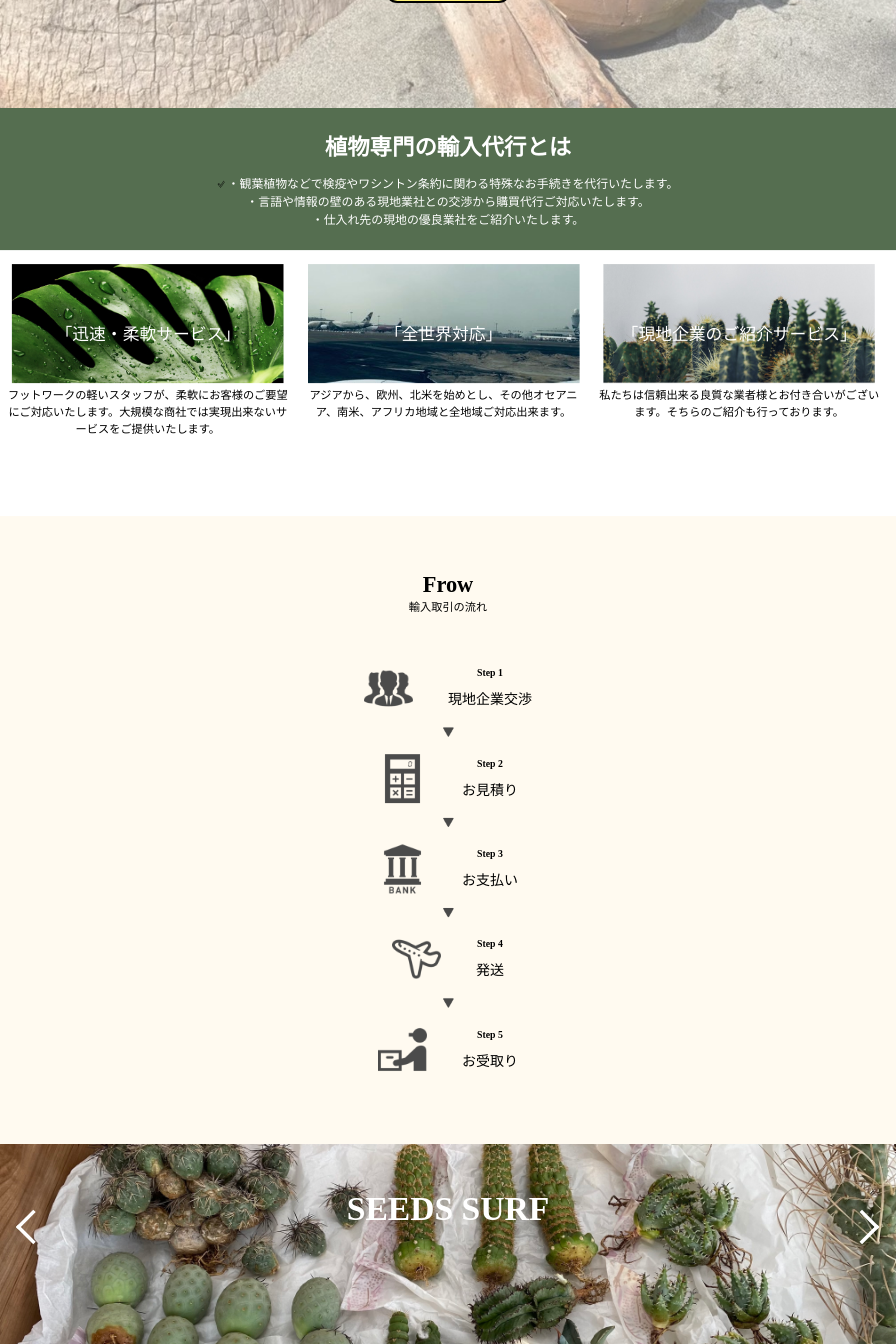
Repository: Seiya00002/seeds-surf-lp
Page: index.html
These files come from the project's save history. The page is drawn as it stood at one moment and after the next save; the edit follows.
The browser window is 1280 px wide. The pictures show the part of the page from y = 506 to 2426 px (the page is 4063 px tall before and 4065 px after), at 70% of full size.

Above is the page before, as saved 2023-07-18 08:02:17.

### index.html
<!DOCTYPE html>
<html lang="ja">
<head>
    <meta charset="UTF-8">
    <meta http-equiv="X-UA-Compatible" content="IE=edge">
    <meta name="viewport" content="width=device-width, initial-scale=1.0">
    <title>輸入代行SEEDS SURF</title>
    <link rel="stylesheet" href="css/style.css">
</head>
<body>
    <header>
        <div class="header_left">
            <img src="img/sslogo.jpg"
                alt="logo"
                width="40"
                height="40"
                class="logo">
            <h1>希少植物・輸入代行</h1>

        </div>
        <!-- <div class="header_right">
            <img src="img/tel_logo.png"
                alt="tel_logo"
                width="35"
                height="35"
                class="tel_logo">
            <div class="header_contact">
                <h2>090-3048-2693</h2>
                <p>（平日9:00 ~ 18:00）</p>
            </div>
        </div> -->
    </header>

    <main>
        <div class="top_wrapper">
            <div class="container">
                <div class="hero_message">
                    <div class="calculation-app">
                        <h2>お見積り計算シュミレーション</h2>

                            <p>仕入れ先の地域を選択して下さい。</p>
                            <form name="form1">
                                <select name="place">
                                    <option value="1.2">北米</option>
                                    <option value="1.2">ヨーロッパ</option>
                                    <option value="1">アジア</option>
                                </select>
                            </form>

                            <p>箱のサイズの予想を選択して下さい。</p>
                            <form name="form2">
                                <select name="box">
                                    <option value="18350">15kg</option>
                                    <option value="13350">10kg</option>
                                    <option value="8150">5kg</option>
                                </select>
                            </form>
                            <p>およその商品代金を入力して下さい。</p>
                            <label>￥</label><input
                            type="text"
                            id="price"
                            value=""
                            placeholder="金額を入力して下さい"
                            maxlength="7"
                            size="19"
                            ></label>

                            <br>
                            <br>
                            <div class="btn-box">
                                <button id="button">計算Go!!</button>
                            </div>
                    </div>
                </div>
            </div>
        </div>


        <!-- 見積り表 -->
    <div id="estimate_table" class="estimate_wrapper">
        <div class="container">
            <h3>予想お見積り表</h3>
            <table align="center" class="estimate">
                <tr>
                    <th>商品代金</th>
                    <td>¥<span id="span2"></span></td>
                </tr>
                <tr>
                    <th>検疫手数料</th>
                    <td>¥<span id="span3"></span></td>
                </tr>
                <tr>
                    <th>送料</th>
                    <td>¥<span id="span4"></span></td>
                </tr>
                <tr>
                    <th>弊社代行手数料</th>
                    <td>¥<span id="span5"></span></td>
                </tr>
                <tr>
                    <th>海外送金手数料</th>
                    <td>¥<span id="span6"></span></td>
                </tr>
                <tr>
                    <th>税金</th>
                    <td>¥<span id="span7"></span></td>
                </tr>
                <tr>
                  <th class="total">合計</th>
                  <th class="total">¥<span id="span1"></span></th>
              </tr>
            </table>
            <h4>詳しくは下記の「Cost」欄をご覧下さい。</h4>
        </div>
    </div>






        <div class="top_message">
            <div class="container">
                <div class="message">
                    <h1>植物専門の輸入代行とは</h1>
                    <p><img class="check" src="./img/check_icon.png"> ・観葉植物などで検疫やワシントン条約に関わる特殊なお手続きを代行いたします。<br>・言語や情報の壁のある現地業社との交渉から購買代行ご対応いたします。<br>・仕入れ先の現地の優良業社をご紹介いたします。</p>

                </div>
            </div>
        </div>
        <div class="project_wrapper">
            <div class="container">
                <div class="projects">
                    <div class="project">
                        <div class="project_icon">
                            <img src="img/project_imag1.jpg">
                            <h2>「迅速・柔軟サービス」</h2>
                        </div>
                        <p class="text_contents">フットワークの軽いスタッフが、柔軟にお客様のご要望にご対応いたします。大規模な商社では実現出来ないサービスをご提供いたします。</p>

                    </div>
                    <div class="project">
                        <div class="project_icon">
                            <img src="img/pro_airport.jpg">
                            <h2>「全世界対応」</h2>
                        </div>
                        <p class="text_contents">アジアから、欧州、北米を始めとし、その他オセアニア、南米、アフリカ地域と全地域ご対応出来ます。</p>

                    </div>
                    <div class="project">
                        <div class="project_icon">
                            <img src="img/project_img3.jpg">
                            <h2>「現地企業のご紹介サービス」</h2>
                        </div>
                        <p class="text_contents">私たちは信頼出来る良質な業者様とお付き合いがございます。そちらのご紹介も行っております。</p>
                    </div>
                        <div class="clear"></div>

                </div>
            </div>
        </div>
        <div class="service_wrapper">
            <div class="container">
                <div class="service_heading">
                    <h1>Frow</h1>
                    <p>輸入取引の流れ</p>
                </div>
                <div class="step">
                    <img src="img/person_img.png"
                    class="step_icon">
                    <div class="step_cont">
                        <h2>Step 1</h2>
                        <p>現地企業交渉</p>
                    </div>
                </div>
                <img src="img/down_img.png" class="step_icon2">

                <div class="step">
                    <img src="img/cal_img.png"
                    class="step_icon">
                    <div class="step_cont">
                        <h2>Step 2</h2>
                        <p>お見積り</p>
                    </div>
                </div>
                <img src="img/down_img.png" class="step_icon2">

                <div class="step">
                    <img src="img/bank_img.png"
                    class="step_icon">
                    <div class="step_cont">
                        <h2>Step 3</h2>
                        <p>お支払い</p>
                    </div>
                </div>
                <img src="img/down_img.png" class="step_icon2">
                <div class="step">
                    <img src="img/airp_imag.png"
                    class="step_icon">
                    <div class="step_cont">
                        <h2>Step 4</h2>
                        <p>発送</p>
                    </div>
                </div>
                <img src="img/down_img.png" class="step_icon2">
                <div class="step">
                    <img src="img/drivery_img.png"
                    class="step_icon">
                    <div class="step_cont">
                        <h2>Step 5</h2>
                        <p>お受取り</p>
                    </div>
                </div>
            </div>
        </div>

        <div class="slide_wrapper">
            <div id="slide" class="slideshow">
                <p class="disc">SEEDS SURF</p>
                <a class="arrow next" id="right" href="#"></a>
                <a class="arrow back" id="left" href="#"></a>
            </div>




        </div>
        <div class="cost_wrapper">
            <div class="container">
                <div class="cost_heading">
                    <h1>Cost</h1>
                    <p>料金について</p>
                </div>
                <div class="cost_cont">
                    <div class="list01">
                        <p>商品代金</p>
                    </div>
                    <div class="list01">
                        <p>検疫手数料</p>
                    </div>
                    <div class="list01">
                        <p>輸送費用</p>
                    </div>
                    <div class="list02">
                        <p>税金</p>
                    </div>
                    <div class="list02">
                        <p>振込手数料</p>
                    </div>
                    <div class="list02">
                        <p>輸入代行手数料</p>
                    </div>
                    <!-- <div class="clear"></div> -->
                </div>
                <div class="cost_message">
                    <h1>総額を確認してから、ご依頼をお決めいただけます。</h1>
                    <p>SEEDS SURFでの過去の取引よりお見積り例をご案内できますので、まずはお気軽にご相談下さい。</p>
                </div>
            </div>
        </div>
        <div class="contact_wrapper">
            <div class="container">
                <h1>ご不明な点はありますか？</h1>
                <p>些細なことでも構いません。まずはお問い合わせください。</p>
                <a href="https://seeds-surf.com/%e3%81%8a%e5%95%8f%e3%81%84%e5%90%88%e3%82%8f%e3%81%9b/" class="btn contact">お問い合わせはこちら</a>
                <!-- <h2>TEL : 090-3048-2693</h2> -->
                <!-- <p>メールフォームよりお問い合わせ下さい。<br>営業時間：平日10：00〜19：00</p> -->
            </div>
        </div>
        <div class="company_wrapper">
            <div class="container">
                <h1>Company</h1>
                <p>会社概要</p>
                <table align="center" class="company">
                    <tr>
                        <th>会社名</th>
                        <td>SEEDS SURF（シーズサーフ）</td>
                    </tr>
                    <tr>
                        <th>所在地</th>
                        <td>〒156-0055 東京都世田谷区船橋2-5-7-211</td>
                    </tr>
                    <tr>
                        <th>電話番号</th>
                        <td>090-3048-2693</td>
                    </tr>
                    <tr>
                        <th>代表者</th>
                        <td>松本　聖矢</td>
                    </tr>
                    <tr>
                        <th>設立</th>
                        <td>2019年3月</td>
                    </tr>
                </table>
            </div>
        </div>


    </main>

    <footer>
        <div class="container">
                <img src="img/sslogo.jpg"
                    alt="logo"
                    width="40"
                    height="40"
                    class="logo">
                <h1>SEEDS SURF</h1>
                <p>〒156-0055 東京都世田谷区船橋2-5-7-211</p>
                <hr color="gray">
                <small>(c) SEEDS SURF All right reserved</small>
        </div>
    </footer>

    <script src="./app.js"></script>
</body>
</html>

### css/style.css
/* all */
*{
    box-sizing: border-box;
    margin: 0;
    padding: 0;
}

h1 {
    font-family: 'Times New Roman', Times, serif;

}

h2 ,h3 ,p {
    font-family: 'Hiragino Sans';

}
/* header */

header {
    height: 70px;
    display: flex;
    align-items: center;
    position: absolute;
}

.header_left {
    display: flex;
}

.header_right {
    display: flex;
    margin: 0 0 0 auto;
}

.logo {
    margin: 10px 10px;
}

.tel_logo {
    margin: 20px 10px;
}

header h1 {
    font-size: 19px;
    padding: 18px 10px;
}

header h2 {
    font-size: 21px;
    padding: 15px 10px 0 0;
}

header p {
    padding-bottom: 10px;
}
.container {
    text-align: center;
    width: 100%;
}

/* main */

/* top */
.top_wrapper {
    background-image: url(../img/cream-spike.jpg);
    color: white;
    background-size: cover;
    width: 100%;
    height: auto;
}

.hero_message {
    font-size: 15px;
    color: black;
    height: 660px;
    min-width:100%;
    font-weight: bold;
    display: flex;
    justify-content: center;
    align-items: center;
    line-height: 2.5em;
    background: rgb(255, 255, 255,0.4);
}
.hero_message h2 {
    padding-bottom: 30px;
}

.top_message {
    background-color: rgb(85, 110, 80);
    color: white;
    padding: 30px 0;
}

.top_message p {
    padding-top: 20px;
    font-size: 17px;
    line-height: 1.6rem;
}

.check {
    width: 10px;
    height: 10px;
}

/* project_wrapper */
.project_wrapper {
    margin-bottom: 80px;
}

.project {
    float: left;
    width: 33%;
    padding: 20px 10px 20px 10px;
    height: 300px;

}

.project_icon {
    position: relative;

}

.project_icon h2 {
    position: absolute;
    top: 80px;
    width: 100%;
    color: white;
    font-weight: normal;

}


@media (max-width: 1000px) {
    .project {
        width: 50%;
    }
}

@media (max-width: 670px) {
    .project {
        width: 100%;
    }
}

.clear {
    clear: left;
}

/* service_wrapper */
.service_wrapper {
    background-color: #fffaf0;
    padding: 80px 0;
}

.service_heading {
padding-bottom: 50px;
}

.step {
    display: flex;
    justify-content: center;
    align-items: center;
    padding: 20px 0;

}

.step_cont {
    padding-left: 50px;
}

.step_icon {
    width: 70px;
    height: 70px;

}

.step_icon2 {
    width: 15px;
    height: 15px;

}

.step h2 {
    font-size: 14px;
}

.step p {
    font-size: 20px;
    padding-top: 13px;
}

/* cost_wrapper */
.cost_wrapper {
    padding: 80px 0;
}

.cost_cont {
    padding-top: 50px;
    width: 650px;
    margin: 0 auto;
    flex-wrap: wrap;
    display: flex;

}


.list01 {
    background-color: black;
    width: 180px;
    height: 50px;
    color: white;
    margin: 20px 15px;
    justify-content: center;
    padding-top: 12px;

}

.list02 {
    background-color: black;
    width: 180px;
    height: 50px;
    color: white;
    margin: 20px 15px;
    justify-content: center;
    padding-top: 12px;


}

@media (max-width: 670px) {
    .cost_cont h2 {
        width: 50%;
    }
}

/* contact_wrapper */
.contact_wrapper {
    background-image: url(../img/sky&office_img.jpeg);
    padding: 80px 0;
    background-size: cover;
    text-shadow: 6px 6px 10px white, -6px -6px 10px white;
    font-weight: 530;
}


.contact_wrapper p {
    padding:8px 0 35px 0;
}

.btn {
    width: 180px;
    height: 35px;
    padding: 13px;
    font-size: 14px;
    color: black;
    background-color:#fff176;
    border: black solid;
    border-radius: 24px;
    user-select: none;
    cursor: pointer;
    text-decoration: none;
}

.btn:hover {
    opacity: .7;
}

.contact_wrapper h2 {
    padding-top: 35px;
}

/* company_wrapper */
.company_wrapper {
    padding: 80px 0;
    background-color: #fffaf0;

}

.company_wrapper p {
    padding-bottom: 20px;
}

table.company {
    border-collapse: collapse;
    width: 600px;
    background-color: white;
    margin: auto;
}

th, td {
    border: solid 1px #333;
    padding: 20px;
}

.company th,td {
    text-align: left;
}


/* footer */

footer {
    background-color: rgb(85, 110, 80);
    color: black;
    padding-bottom: 10px;

}

footer h1 {
    font-size: 17px;
}

footer p {
    font-size: 12px;
    padding-bottom: 10px;
}
small {
    font-size: 7px;

}


/* slideshow 追加 */
.slide_wrapper{
    max-width: 100%;
    height: 400px;
    margin: auto;

}
/*画像配置*/
.slideshow{
    max-width: 100%;
    height: 100%;
    background-image: url(../img/import-img1.jpg);
    background-repeat: no-repeat;
    background-size: cover;
    background-position: 0% 50%;/*左 中央のよせ*/
}
/*文字*/
.disc{
    margin: auto;
    text-align: center;
    font-size: 3em;
    color: #ffffff;
    font-weight: 800;
    padding-top:5%;
}
/*>*/
.next{
    float: right;
    top: 0px;
    right: 50px;
}
/*<*/
.back{
    float: left;
    bottom: 0px;
    left: 30px;
}
/*矢印のデザイン*/
.arrow{
    position: relative;
    display: inline-block;
    padding: 0 0 0 16px;
    color: #000;
    vertical-align: middle;
    text-decoration: none;
    font-size: 15px;
}
.arrow::before,
.arrow::after{
    position: absolute;
    top: 0;
    bottom: 0;
    left: 0;
    margin: auto;
    content: "";
    vertical-align: middle;
}

.next::before{
    left: 0px;
    width: 30px;
    height: 30px;
    border-top: 5px solid rgb(255, 255, 255);
    border-right: 5px solid rgb(255, 255, 255);
    -webkit-transform: rotate(45deg);
    transform: rotate(45deg);
}
.back::before{
    left: 0px;
    width: 30px;
    height: 30px;
    border-bottom: 5px solid rgb(255, 255, 255);
    border-left: 5px solid rgb(255, 255, 255);
    -webkit-transform: rotate(45deg);
    transform: rotate(45deg);
}
/* CSSアニメーションの指定 */
.slideshow{
    transition: background-image 1s ease-in;
}

/* 計算シュミレーション追加 */
.btn-box button {
    width: 180px;
    height: 35px;
    padding: 6px;
    font-size: 14px;
    color: black;
    background-color:#fff176;
    border: black solid;
    border-radius: 24px;
    user-select: none;
    cursor: pointer;
  }

  .btn-box button:hover {
    opacity: .7;
  }


/* 見積り表追加 */
.estimate_wrapper {
    display: none;
    background-color: #fffaf0;
    padding: 40px 0;
}
.estimate_wrapper h3 {
    padding-bottom: 20px;
}
.estimate_wrapper h4 {
    padding-top: 20px;
}

table.estimate {
    border-collapse: collapse;
    width: 450px;
    background-color: white;
    margin: auto;
}

.estimate th{
    padding: 15px 20px;
    text-align: center;
}

.estimate td{
    text-align: center;
}

th.total {
    background: rgb(224, 224, 224);
}

.estimate_wrapper.appear {
    display: block;
    animation: .5s fadeIn;
  }

  @keyframes fadeIn {
    0% {
      opacity: 0;
      transform: translateY(-10px);
    }
    100% {
      opacity: 1;
      transform: none;
    }
  }




@media screen and (max-width:768px) {
  .slide-pic{
    height: 250px;
  }
    .disc{
        padding-top:5%;
    }
    /*>*/
    .next{
        top: 30px;
    }
    /*<*/
    .back{
        top: 30px;
    }
}

### app.js
window.onload =
function (){

    let images = [
        'url(./img/import-img1.jpg)',
        'url(./img/import-img2.jpg)',
        'url(./img/import-img3.jpg)'
    ]

    let target = document.querySelector('#slide');
    let right = document.querySelector('#right');
    let left = document.querySelector('#left');

    // 画像カウンター表示
    let count = 0;

    function change(){
        target.style.backgroundImage = images[count];
        if( count == 2){
            count = 0;
        } else {
            count++;
        }
    }

    function goNext(event) {
        event.preventDefault();
        change();
    }

    function goBack(event) {
        event.preventDefault();
        if( count == 0){
            count = 2;
        } else {
            count--;
        } change();
    }

    right.addEventListener( 'click', goNext, false);
    left.addEventListener( 'click', goBack, false);


setInterval(change, 3000);

};

// 計算シュミレーションapp

let button = document.getElementById("button");
button.onclick = clickBtn1;

function clickBtn1(){

    const place = document.form1.place;
    const box = document.form2.box;
    const price = document.getElementById('price');

    // 値(数値)を取得
    const num = place.selectedIndex;
    const boxnum = box.selectedIndex;

    // 値(数値)から値(value値)を取得
    let region = place.options[num].value;
    let boxPrice = box.options[boxnum].value;
    let plantsPriceString = price.value;

    let plantsPrice = parseInt(plantsPriceString, 10); // plantsPriceStringを数値に変換
    let boxPriceValue = parseInt(boxPrice, 10); // plantsPriceStringを数値に変換

    const phyto = 10000;
    let argent = plantsPrice * 0.2;
    let sendingMoneyNum = (plantsPrice + boxPriceValue) * 0.0073;
    let sendingMoney = Math.round(sendingMoneyNum);
    let tax = plantsPrice * 0.07;

    let taxValue = parseInt(tax, 10);
    let sendingMoneyNumValue = parseInt(sendingMoney, 10);

    let estimateNum = ( region * boxPrice) + (plantsPrice *0.2) + phyto + plantsPrice + sendingMoneyNumValue + taxValue;
    let plantsValue = plantsPrice.toLocaleString();
    let phytoFee = phyto.toLocaleString();
    let boxFee = boxPriceValue.toLocaleString();
    let argentFee = argent.toLocaleString();
    let sendingMoneyFee = sendingMoney.toLocaleString();
    let taxFee = tax.toLocaleString();
    let estimate = estimateNum.toLocaleString();

    document.getElementById("span1").textContent = estimate;
    document.getElementById("span2").textContent = plantsValue;
    document.getElementById("span3").textContent = phytoFee;
    document.getElementById("span4").textContent = boxFee;
    document.getElementById("span5").textContent = argentFee;
    document.getElementById("span6").textContent = sendingMoneyFee;
    document.getElementById("span7").textContent = taxFee;

  }

// 見積り表示切り替え

const btn = document.getElementById('button')
btn.addEventListener('click', () => {
    const estimate_table = document.getElementById('estimate_table');
    const priceForm = document.getElementById('price');

    if(priceForm.value ===''){
        window.alert('金額を入力して下さい。');
    } else {

    estimate_table.classList.toggle('appear');

    }

    if (btn.textContent == "計算Go!!") {
      btn.textContent = "閉じる";
    } else {
      btn.textContent = "計算Go!!";
    }
  });

After the next save:
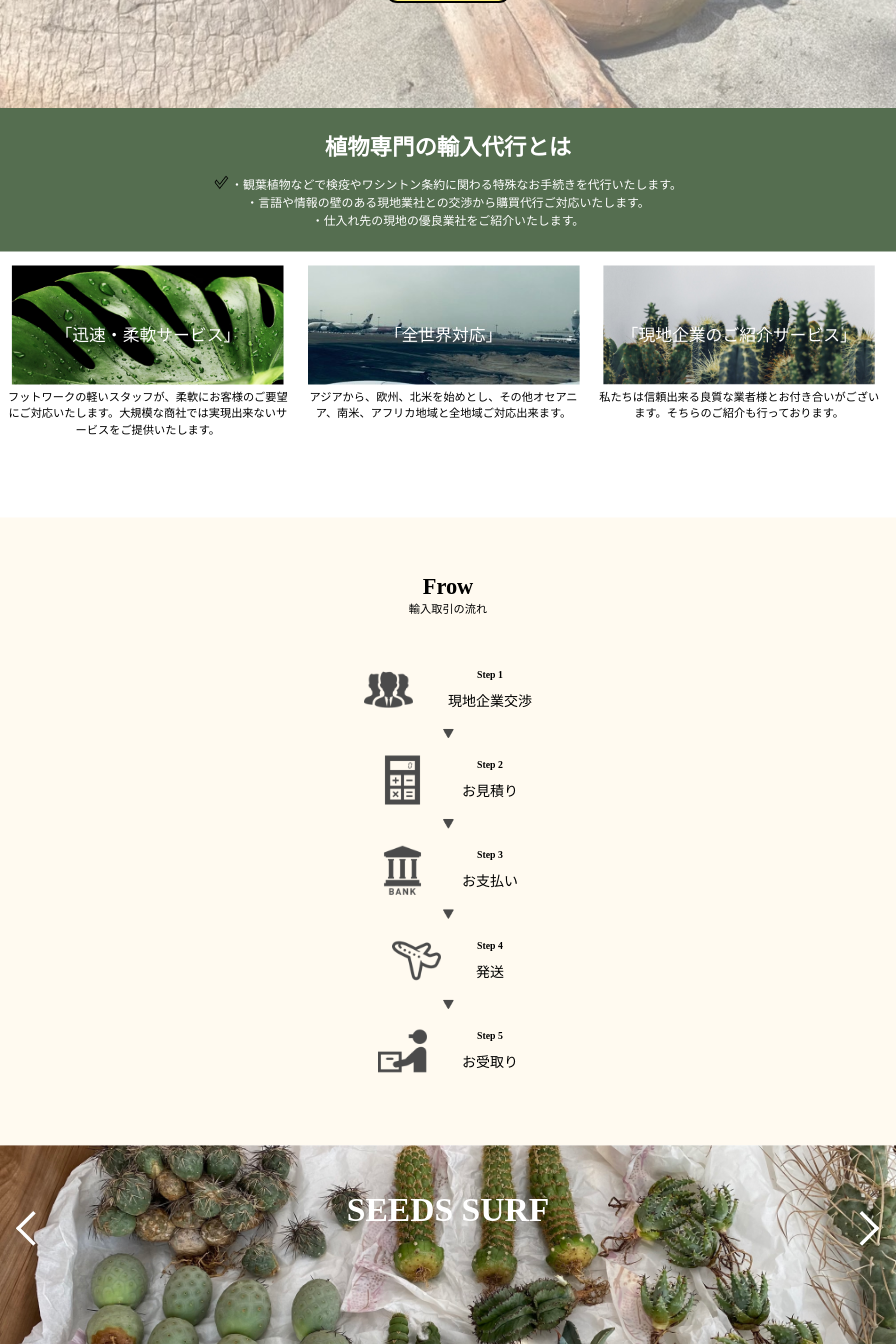
Saved 11 s later.
--- a/css/style.css
+++ b/css/style.css
@@ -98,8 +98,8 @@ header p {
 }
 
 .check {
-    width: 10px;
-    height: 10px;
+    width: 20px;
+    height: 20px;
 }
 
 /* project_wrapper */
